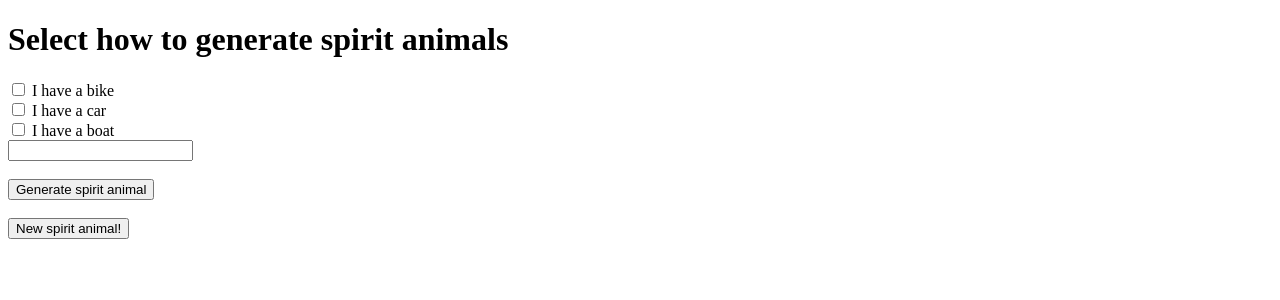
Repository: andrii1/hyf-homework
Page: javascript/javascript2/week1/name-generator.html
The author's editor kept a copy of each file at every save. The page is drawn from the files as they stood at one save, then again after the next save.
The browser window is 1280 px wide. The pictures show the whole page.

Above is the page before, as saved 2022-06-25 14:14:57.

After the next save:
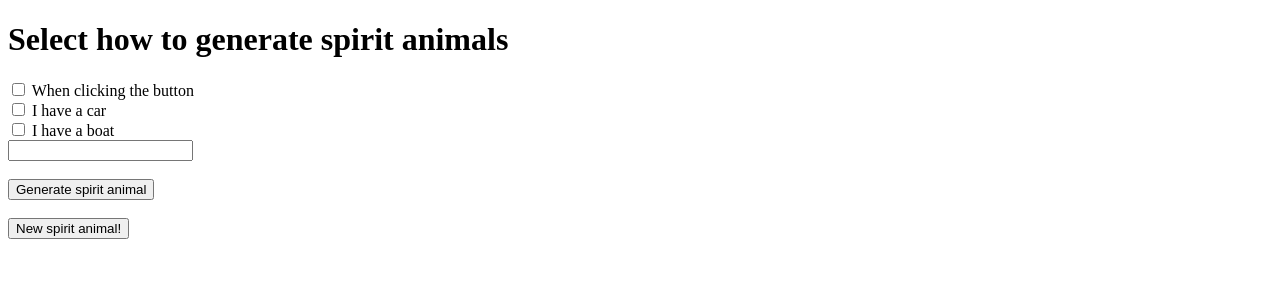
Saved 39 s later.
--- a/javascript/javascript2/week1/name-generator.html
+++ b/javascript/javascript2/week1/name-generator.html
@@ -8,8 +8,8 @@
 </head>
 <body>
   <h1>Select how to generate spirit animals</h1>
-  <input type="checkbox" id="vehicle1" name="vehicle1" value="Bike">
-  <label for="vehicle1"> I have a bike</label><br>
+  <input type="checkbox" id="button-click" name="vehicle1" value="Bike">
+  <label for="vehicle1">When clicking the button</label><br>
   <input type="checkbox" id="vehicle2" name="vehicle2" value="Car">
   <label for="vehicle2"> I have a car</label><br>
   <input type="checkbox" id="vehicle3" name="vehicle3" value="Boat">
